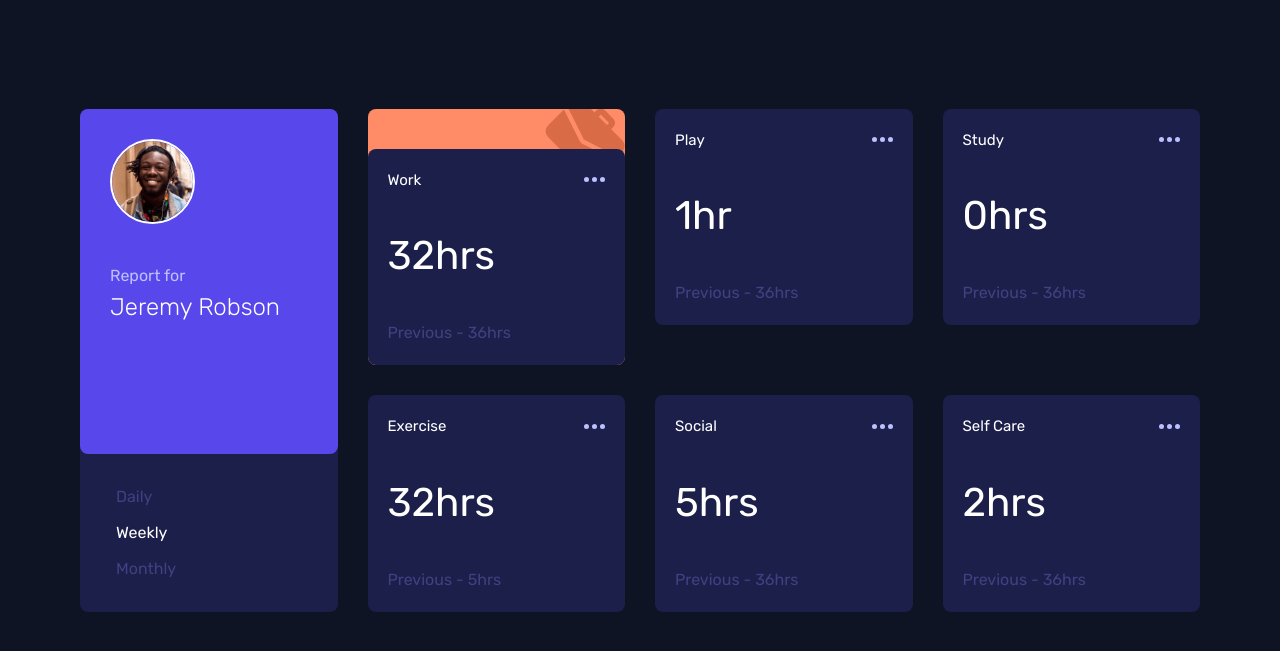
Repository: Akashiii1/WebTimeTracking_Day6
Page: index.html
The author's editor kept a copy of each file at every save. The page is drawn from the files as they stood at one save, then again after the next save.
The browser window is 1280 px wide. The pictures show the whole page.

Above is the page before, as saved 2021-12-27 00:24:24.

### index.html
<!DOCTYPE html>
<html lang="en">
  <head>
    <meta charset="UTF-8" />
    <meta name="viewport" content="width=device-width, initial-scale=1.0" />
    <!-- displays site properly based on user's device -->

    <link
      rel="icon"
      type="image/png"
      sizes="32x32"
      href="./images/favicon-32x32.png"
    />

    <title>Frontend Mentor | Time tracking dashboard</title>

    <!-- Feel free to remove these styles or customise in your own stylesheet 👍 -->
    <link rel="stylesheet" href="style.css" />
    <style>
      .attribution {
        font-size: 11px;
        text-align: center;
      }

      .attribution a {
        color: hsl(228, 45%, 44%);
      }
    </style>
  </head>

  <body>
    <div class="container">
      <div class="first">
        <div class="user">
          <div class="user-img">
            <img src="images/image-jeremy.png" alt="" />
          </div>
          <div class="user-content">
            <p class="user-info">Report for</p>
            <h2 class="user-name">Jeremy Robson</h2>
          </div>
        </div>
        <div class="options">
          <button class="user-btn">Daily</button>
          <button class="user-btn active">Weekly</button>
          <button class="user-btn">Monthly</button>

        </div>
      </div>
      <div class="work">
        <div class="content">
          <div class="heading">
            <h3 class="title">Work</h3>
            <img src="images/icon-ellipsis.svg" alt="">
          </div>
          <h3 class="time">32hrs</h3>
          <div class="desc">Previous - 36hrs </div>
        </div>
      </div>
      <div class="play">
        <div class="content">
          <div class="heading">
            <h3 class="title">Play</h3>
            <img src="images/icon-ellipsis.svg" alt="">
          </div>
          <h3 class="time">1hr</h3>
          <div class="desc">Previous - 36hrs </div>
        </div>
      </div>
      <div class="exercise">
        <div class="content">
          <div class="heading">
            <h3 class="title"> Exercise</h3>
            <img src="images/icon-ellipsis.svg" alt="">
          </div>
          <h3 class="time">32hrs</h3>
          <div class="desc"> Previous - 5hrs </div>
        </div>
      </div>
      <div class="social">
        <div class="content">
          <div class="heading">
            <h3 class="title">Social</h3>
            <img src="images/icon-ellipsis.svg" alt="">
          </div>
          <h3 class="time">5hrs </h3>
          <div class="desc">Previous - 36hrs </div>
        </div>
      </div>
      <div class="self">
        <div class="content">
          <div class="heading">
            <h3 class="title">Self Care</h3>
            <img src="images/icon-ellipsis.svg" alt="">
          </div>
          <h3 class="time"> 2hrs</h3>
          <div class="desc">Previous - 36hrs </div>
        </div>
      </div>
      <div class="study">
        <div class="content">
          <div class="heading">
            <h3 class="title">Study</h3>
            <img src="images/icon-ellipsis.svg" alt="">
          </div>
          <h3 class="time">0hrs</h3>
          <div class="desc">Previous - 36hrs </div>
        </div>
      </div>


    </div>

    <!-- <div class="attribution">
      Challenge by
      <a href="https://www.frontendmentor.io?ref=challenge" target="_blank"
        >Frontend Mentor</a
      >. Coded by <a href="#">Your Name Here</a>.
    </div> -->
    <script src="app.js"></script>
  </body>
</html>

### style.css
@import url('https://fonts.googleapis.com/css2?family=Rubik:wght@300;400;500&display=swap');
:root{
  --Blue: hsl(246, 80%, 60%);

 --Lightreda: hsl(15, 100%, 70%);/*(work)*/
 --Softblue : hsl(195, 74%, 62%);/*(play)*/
 --Lightred : hsl(348, 100%, 68%);/*(study)*/
 --Limegreen : hsl(145, 58%, 55%);/*(exercise)*/
 --Violet: hsl(264, 64%, 52%);/*(social)*/
 --Softorange : hsl(43, 84%, 65%);/*(self care)*/

  --Verydarkblue: hsl(226, 43%, 10%);
  --Darkblue: hsl(235, 46%, 20%);
  --Desaturatedblue: hsl(235, 45%, 61%);
  --PaleBlue: hsl(236, 100%, 87%);
}
*,
*::before,
*::after {
  box-sizing: border-box;
}
body,
h1,
h2,
h3,
h4,
h5,
h6,
p,
figure,
picture {
  margin: 0;
}
body {
  min-height: 100vh;
  line-height: 1.5;
}
input,
button,
select,
textarea {
  font: inherit;
}
img,
picture {
  display: block;
  max-width: 100%;
}
body{
  font-family: 'Rubik', sans-serif;
  background: var(--Verydarkblue);
  min-height: 100vh;
  display: flex;
  justify-content: center;
  align-items: center;
}
.container{
  width: 1120px;
  display: grid;
  grid-template-columns: repeat(4,1fr);
  /* grid-template-rows: repeat(2,1fr); */
  grid-gap:30px ;
  grid-template-areas: "user work play study"
                        "user exe social self";
}
.work{
  grid-area: work;
}
.play{
  grid-area: play;
}
.study{
  grid-area: study;
}
.exercise{
  grid-area: exe;
}
.social{
  grid-area: social;
}
.self{
  grid-area: self;
}
.first{
  background-color: var(--Darkblue);
  border-radius: 8px;
  display: flex;
  flex-direction: column;
  grid-area: user;
}
.user{
  background: var(--Blue);
  border-radius: 8px;
  padding: 30px;
  flex: 1;
}
.user-img{
  width: 85px;
  height: 85px;
  margin-bottom: 40px;
}
.user-img img{
  border-radius: 50%;
  border: 2px solid #fff;
  object-fit: cover;
}
.user-content{

}
.user-info{
  color: var(--PaleBlue);
  margin-bottom: 10px;
}
.user-name{
  color: #fff;
  font-weight: 300;
  line-height: 18px;
}
button{
  cursor: pointer;
}
.options{
  display: flex;
  flex-direction: column;
  justify-content: space-around;
  gap: 10px 0;
  align-items: flex-start;
  padding: 30px;
}
.user-btn{
  border: 0;
  outline: none;
  background-color: transparent;
  color:hsl(238.18,34.37%,37.65%);
}
.user-btn.active{
  color: #fff;
}
.work{
  background: url(images/icon-work.svg) no-repeat top -10px right/ 80px 80px ,var(--Lightreda);
  padding-top: 40px;
  border-radius: 8px;
}
.content{
  background-color: var(--Darkblue);
  color: #fff;
  padding: 20px;
  border-radius: 8px;
}
.heading{
  display: flex;
  justify-content: space-between;
  align-items: center;
}
.heading h3{
  font-size: 15px;
  font-weight: 400;
}
.time{
  padding: 35px 0;
  font-size: 40px;
  font-weight: 400;
}
.desc{
  color: hsl(238.18,34.37%,37.65%);;
}
/* remove animation for people who've turned them off */
@media (prefers-reduced-motion: reduce) {
  *,
  *::before,
  *::after {
    animation-duration: 0.01ms !important;
    animation-iteration-count: 1 !important;
    transition-duration: 0.01ms !important;
    scroll-behavior: auto !important;
  }
}

Loaded but not shown: app.js (no stored copy; drawn as an empty file)

After the next save:
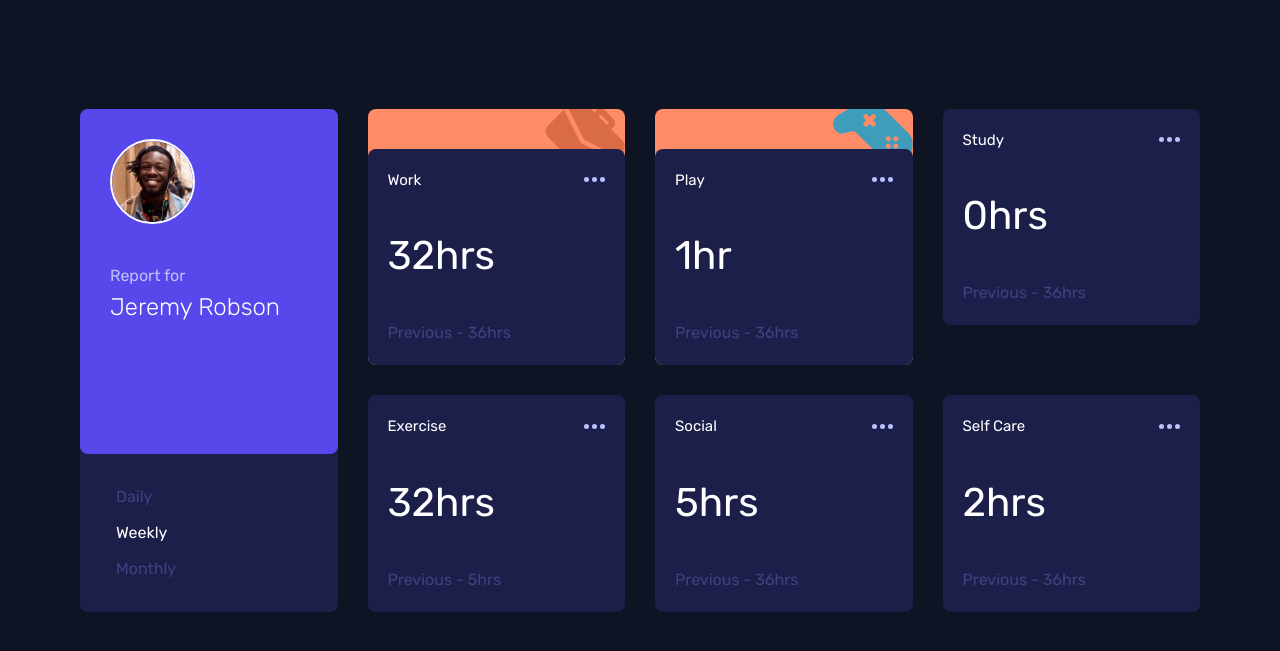
Saved 34 s later.
--- a/style.css
+++ b/style.css
@@ -141,6 +141,11 @@ button{
   padding-top: 40px;
   border-radius: 8px;
 }
+.play{
+  background: url(images/icon-play.svg) no-repeat top -10px right/ 80px 80px ,var(--Lightreda);
+  padding-top: 40px;
+  border-radius: 8px;
+}
 .content{
   background-color: var(--Darkblue);
   color: #fff;
